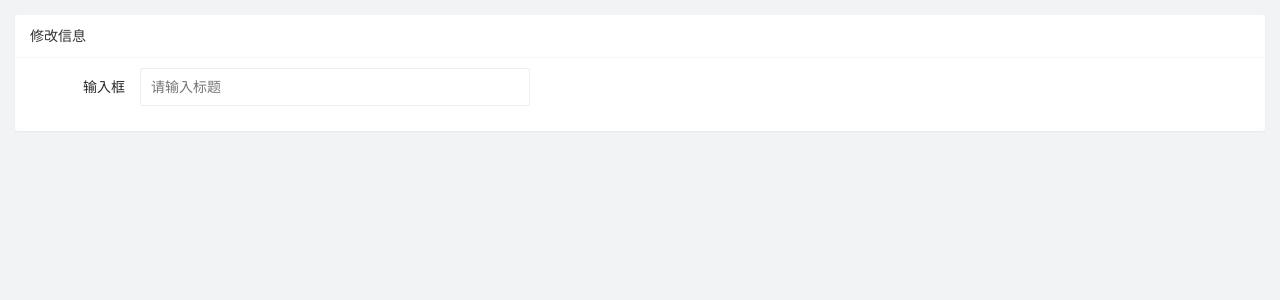
Repository: 1zhoukexin/web_aad
Page: user/user_info.html
These files come from the project's save history. The page is drawn as it stood at one moment and after the next save; the edit follows.
The browser window is 1280 px wide. The pictures show the whole page.

Above is the page before, as saved 2021-04-17 12:22:23.

After the next save:
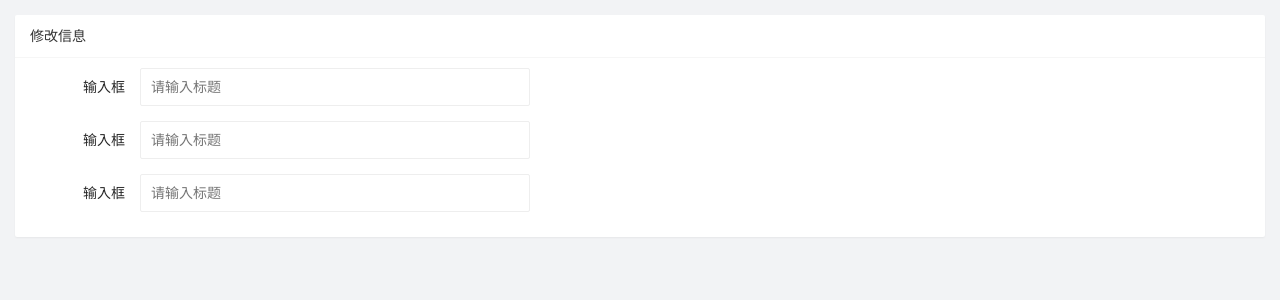
Saved 19 s later.
--- a/user/user_info.html
+++ b/user/user_info.html
@@ -25,6 +25,18 @@
                         <input type="text" name="title" required lay-verify="required" placeholder="请输入标题" autocomplete="off" class="layui-input">
                     </div>
                 </div>
+                <div class="layui-form-item">
+                    <label class="layui-form-label">输入框</label>
+                    <div class="layui-input-block">
+                        <input type="text" name="title" required lay-verify="required" placeholder="请输入标题" autocomplete="off" class="layui-input">
+                    </div>
+                </div>
+                <div class="layui-form-item">
+                    <label class="layui-form-label">输入框</label>
+                    <div class="layui-input-block">
+                        <input type="text" name="title" required lay-verify="required" placeholder="请输入标题" autocomplete="off" class="layui-input">
+                    </div>
+                </div>
             </form>
         </div>
     </div>
